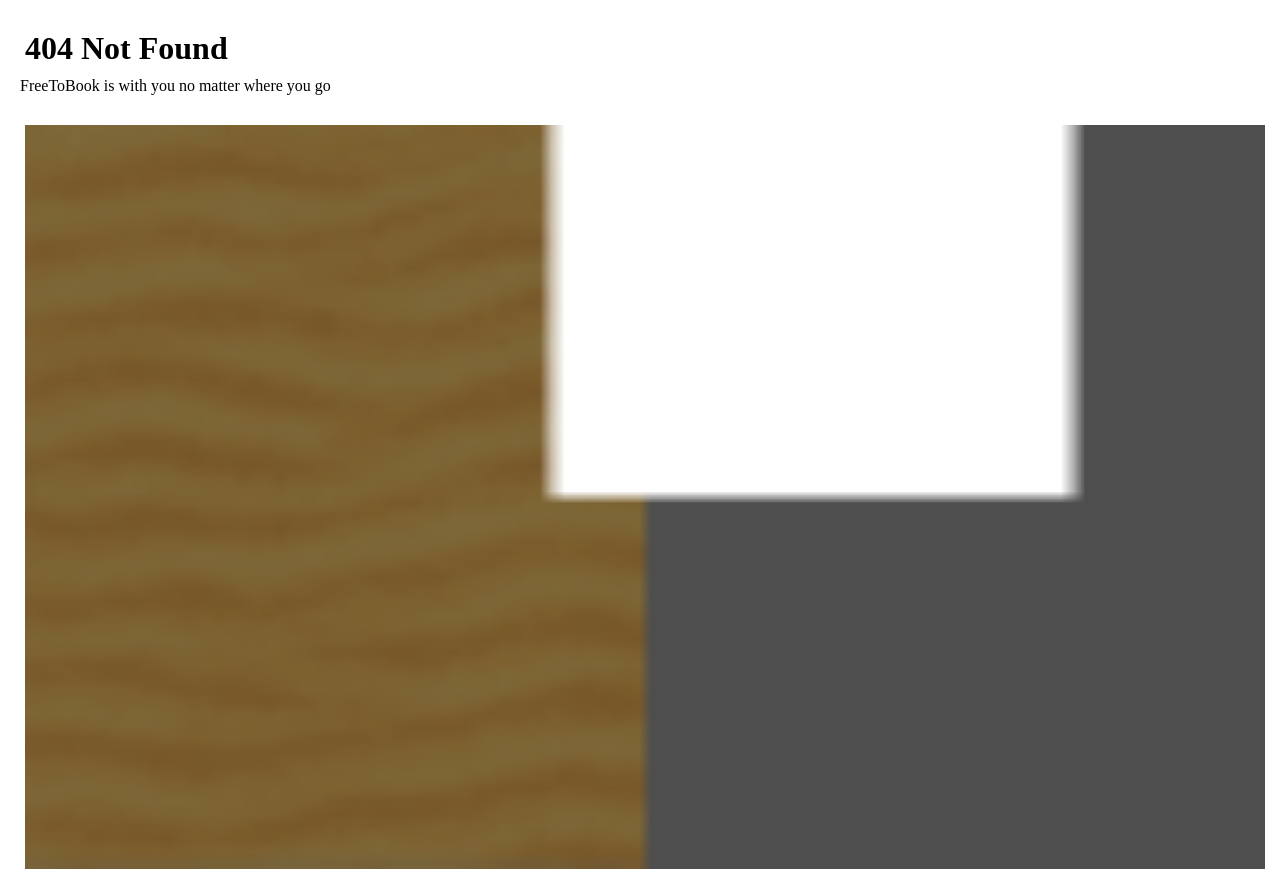
Repository: btgoo/game
Page: car.html
The author's editor kept a copy of each file at every save. The page is drawn from the files as they stood at one save, then again after the next save.
The browser window is 1280 px wide. The pictures show the whole page.

Above is the page before, as saved 2025-10-26 03:05:27.

After the next save:
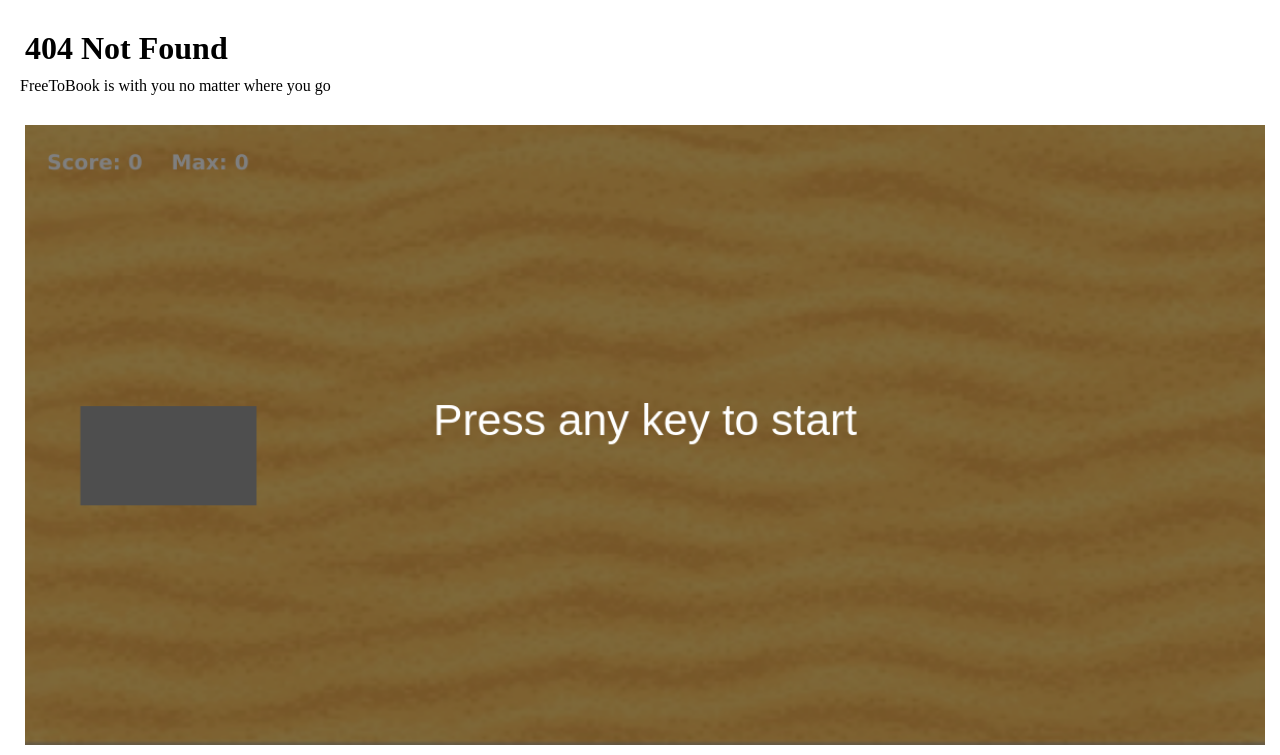
Saved 14 s later.
--- a/carscript.js
+++ b/carscript.js
@@ -1,8 +1,8 @@
 const canvas = document.getElementById("game");
 const ctx = canvas.getContext("2d");
 
-const GAME_WIDTH = 100;
-const GAME_HEIGHT = 60;
+const GAME_WIDTH = 1200;
+const GAME_HEIGHT = 600;
 const PLAYER_WIDTH = 160;
 const PLAYER_HEIGHT = 90;
 const CACTI_WIDTH = 78;
